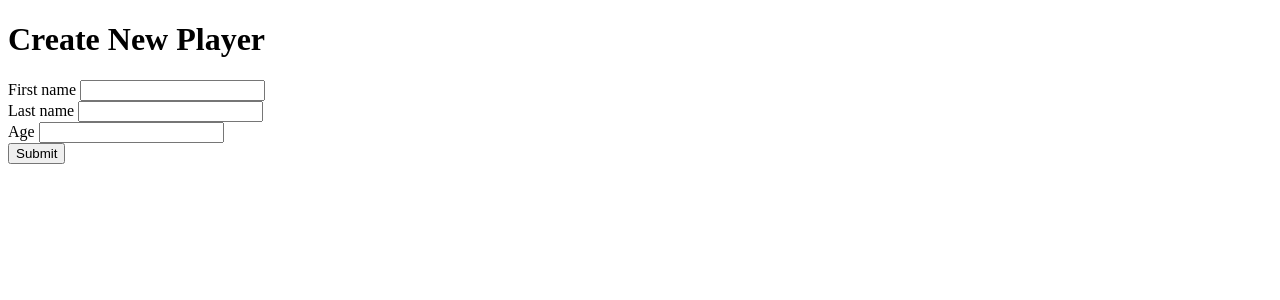
Repository: harshithamagani/Java-Basics
Page: http://localhost/team-roster/player
These files come from the project's save history. The page is drawn as it stood at one moment and after a run of saves; the edit follows.
The browser window is 1280 px wide. The pictures show the whole page.
The page is served by Tomcat 9. Other server files are loaded and not shown.

Above is the page before, as saved 2019-11-06 02:37:47.

### team-roster/WebContent/WEB-INF/createPlayerForm.jsp
<%@ page language="java" contentType="text/html; charset=UTF-8"
    pageEncoding="UTF-8"%>
<!DOCTYPE html>
<html>
<head>
	<meta charset="UTF-8">
	<title>Create player page</title>
</head>
<body>
	<div id="wrapper">
	<h1>Create New Player</h1>
		<form action="/team-roster/team" method="post">
			  <label>First name</label>
			  <input name="first-name" type="text"><br>
			  <label>Last name</label>
			  <input name="last-name" type="text"><br>
			  <label>Age</label>
			  <input name="age" type="text"><br>
			  <input name="submit" value="Submit" type="submit">
		</form>
	</div>
</body>
</html>

### team-roster/src/com/coding/controllers/ShowPlayer.java
package com.coding.controllers;

import java.io.IOException;

import javax.servlet.RequestDispatcher;
import javax.servlet.ServletException;
import javax.servlet.annotation.WebServlet;
import javax.servlet.http.HttpServlet;
import javax.servlet.http.HttpServletRequest;
import javax.servlet.http.HttpServletResponse;

/**
 * Servlet implementation class Player
 */
@WebServlet("/player")
public class ShowPlayer extends HttpServlet {
	private static final long serialVersionUID = 1L;

    /**
     * @see HttpServlet#HttpServlet()
     */
    public ShowPlayer() {
        super();
        // TODO Auto-generated constructor stub
    }

	/**
	 * @see HttpServlet#doGet(HttpServletRequest request, HttpServletResponse response)
	 */
	protected void doGet(HttpServletRequest request, HttpServletResponse response) throws ServletException, IOException {
		if(request.getParameter("id") == null) {
			RequestDispatcher req = request.getRequestDispatcher("/WEB-INF/createPlayerForm.jsp");
			req.forward(request, response);
		}
		// TODO Auto-generated method stub
		response.getWriter().append("Served at: ").append(request.getContextPath());
	}

	/**
	 * @see HttpServlet#doPost(HttpServletRequest request, HttpServletResponse response)
	 */
	protected void doPost(HttpServletRequest request, HttpServletResponse response) throws ServletException, IOException {
		// TODO Auto-generated method stub
		doGet(request, response);
	}

}

After the next 2 saves:
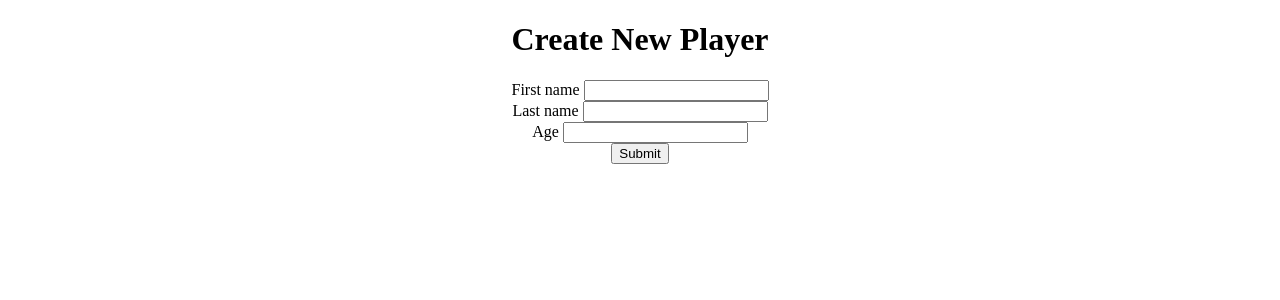
The 2 saves are shown as one change because they came seconds apart.
The last was saved 27 s later.
--- a/team-roster/WebContent/WEB-INF/createPlayerForm.jsp
+++ b/team-roster/WebContent/WEB-INF/createPlayerForm.jsp
@@ -5,6 +5,11 @@
 <head>
 	<meta charset="UTF-8">
 	<title>Create player page</title>
+	<style type="text/css">
+		#wrapper{
+			text-align: center;
+		}
+	</style>
 </head>
 <body>
 	<div id="wrapper">
